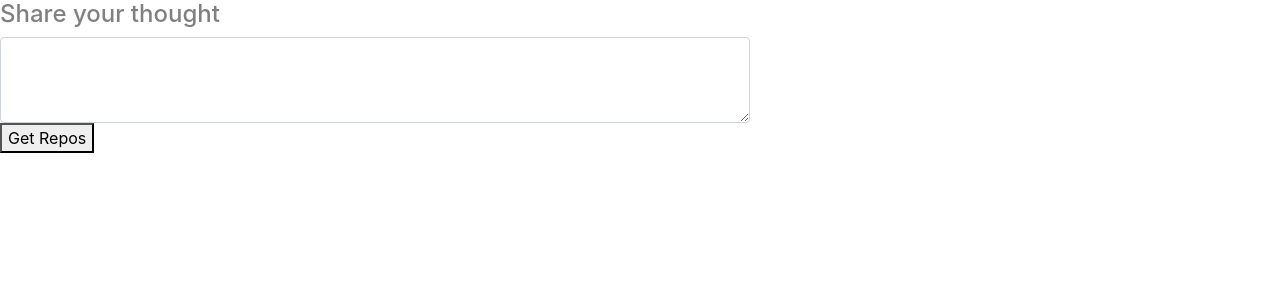
Repository: rashmikagamage/OAuth-Implementation
Page: / (app in frontend/)
These files come from the project's save history. The page is drawn as it stood at one moment and after the next save; the edit follows.
The browser window is 1280 px wide. The pictures show the whole page.
Some web libraries are served in a nearby version. The project was rebuilt for these pictures with package versions that can differ from the ones it lists, and the page was loaded fresh each time. Also part of the build but not shown: frontend/src/components/login.js, frontend/src/components/git-home.js, frontend/src/App.css.

Above is the page before, as saved 2021-09-08 10:01:45.

### frontend/public/index.html
<!DOCTYPE html>
<html lang="en">
  <head>
    <meta charset="utf-8" />
    <link rel="icon" href="%PUBLIC_URL%/favicon.ico" />
    <meta name="viewport" content="width=device-width, initial-scale=1" />
    <meta name="theme-color" content="#000000" />
    <meta
      name="description"
      content="Web site created using create-react-app"
    />
    <link rel="apple-touch-icon" href="%PUBLIC_URL%/logo192.png" />
    <!--
      manifest.json provides metadata used when your web app is installed on a
      user's mobile device or desktop. See https://developers.google.com/web/fundamentals/web-app-manifest/
    -->
    <link rel="manifest" href="%PUBLIC_URL%/manifest.json" />
    <link rel="stylesheet" href="https://pro.fontawesome.com/releases/v5.13.0/css/all.css">
    <link rel="shortcut icon" href="%PUBLIC_URL%/favicon.ico">
    <!--
      Notice the use of %PUBLIC_URL% in the tags above.
      It will be replaced with the URL of the `public` folder during the build.
      Only files inside the `public` folder can be referenced from the HTML.

      Unlike "/favicon.ico" or "favicon.ico", "%PUBLIC_URL%/favicon.ico" will
      work correctly both with client-side routing and a non-root public URL.
      Learn how to configure a non-root public URL by running `npm run build`.
    -->
    <link rel="stylesheet" href="https://maxcdn.bootstrapcdn.com/bootstrap/4.0.0/css/bootstrap.min.css" integrity="sha384-Gn5384xqQ1aoWXA+058RXPxPg6fy4IWvTNh0E263XmFcJlSAwiGgFAW/dAiS6JXm" crossorigin="anonymous">
    <title>React App</title>

  </head>
  <body>

    <noscript>You need to enable JavaScript to run this app.</noscript>
    <div id="root"></div>
    <!--
      This HTML file is a template.
      If you open it directly in the browser, you will see an empty page.

      You can add webfonts, meta tags, or analytics to this file.
      The build step will place the bundled scripts into the <body> tag.

      To begin the development, run `npm start` or `yarn start`.
      To create a production bundle, use `npm run build` or `yarn build`.
    -->
    <script src="https://code.jquery.com/jquery-3.2.1.slim.min.js" integrity="sha384-KJ3o2DKtIkvYIK3UENzmM7KCkRr/rE9/Qpg6aAZGJwFDMVNA/GpGFF93hXpG5KkN" crossorigin="anonymous"></script>
    <script src="https://cdnjs.cloudflare.com/ajax/libs/popper.js/1.12.9/umd/popper.min.js" integrity="sha384-ApNbgh9B+Y1QKtv3Rn7W3mgPxhU9K/ScQsAP7hUibX39j7fakFPskvXusvfa0b4Q" crossorigin="anonymous"></script>
    <script src="https://maxcdn.bootstrapcdn.com/bootstrap/4.0.0/js/bootstrap.min.js" integrity="sha384-JZR6Spejh4U02d8jOt6vLEHfe/JQGiRRSQQxSfFWpi1MquVdAyjUar5+76PVCmYl" crossorigin="anonymous"></script>
  </body>
</html>

### frontend/src/App.js
import Login from './components/login';
import GitHome from './components/git-home';
import TwitterHome from './components/twitter-home';
import {BrowserRouter as Router, Route} from "react-router-dom";
import './App.css';

function App() {
  return (

    <Router>{
      <div>
          <switch>
              <Route path="/login" component={Login}/>
              <Route path="/auth/github/callback" component={GitHome}/>
              <Route path="/" component={TwitterHome}/>
          </switch>
      </div>
  }

  </Router>
  );
}

export default App;

### frontend/src/components/twitter-home.js
import "../css/twitter.css";
import React, { useState } from "react";
const axios = require("axios").default;

function TwitterHome(props) {

    function tweet(){

    }
  return (
    <div>
      <h4 class="tweetHeader">Share your thought</h4>
         <textarea class="form-control text" id="exampleFormControlTextarea1" rows="3"></textarea>
        <button type="btn btn-info" className="tweet-button"onClick={() => tweet()} >Get Repos</button>
    </div>
  );
}

export default TwitterHome;

### frontend/src/css/twitter.css
.login{
    width: 240px;
    margin-top: 50px;
    margin-left: 450px;
}
.margin5{
    margin-top: 55px;
}
.buttonSize{
    width: 250px;
    margin-left: 50px;
}
.text{
    width: 750px;
}
.tweetHeader{
    color:gray;
}

Loaded but not shown: frontend/src/index.js (common file); frontend/src/index.css (common file); frontend/src/reportWebVitals.js (common file)

After the next save:
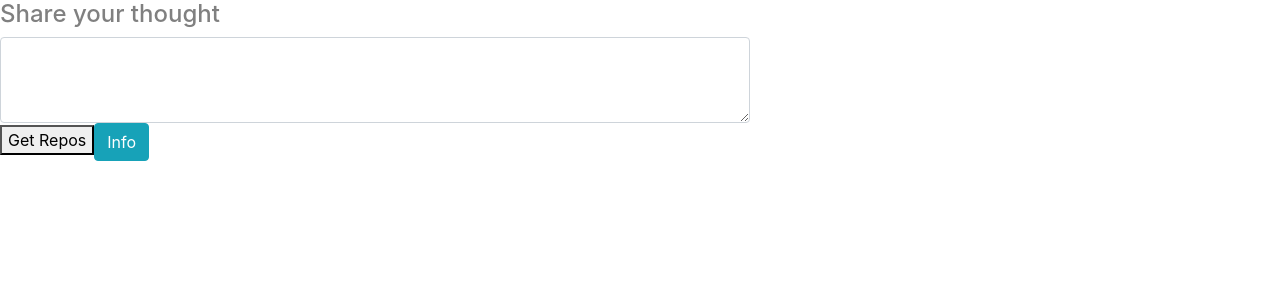
Saved 38 s later.
--- a/frontend/src/components/twitter-home.js
+++ b/frontend/src/components/twitter-home.js
@@ -12,6 +12,7 @@ function TwitterHome(props) {
       <h4 class="tweetHeader">Share your thought</h4>
          <textarea class="form-control text" id="exampleFormControlTextarea1" rows="3"></textarea>
         <button type="btn btn-info" className="tweet-button"onClick={() => tweet()} >Get Repos</button>
+        <button type="button" class="btn btn-info">Info</button>
     </div>
   );
 }
